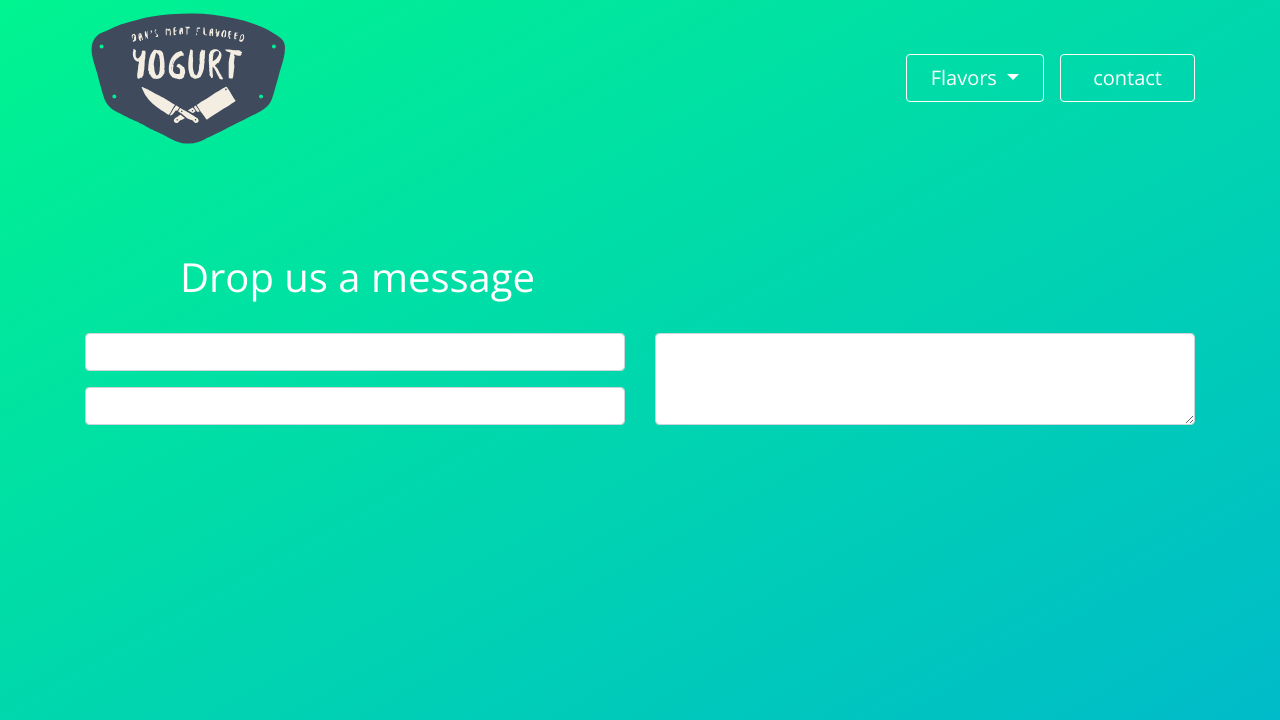
Repository: hoangnam180/Huyen
Page: Form.html
The author's editor kept a copy of each file at every save. The page is drawn from the files as they stood at one save, then again after the next save.
The browser window is 1280 px wide. The pictures show the whole page.

Above is the page before, as saved 2021-12-03 19:00:56.
Not found: space.scss

After the next save:
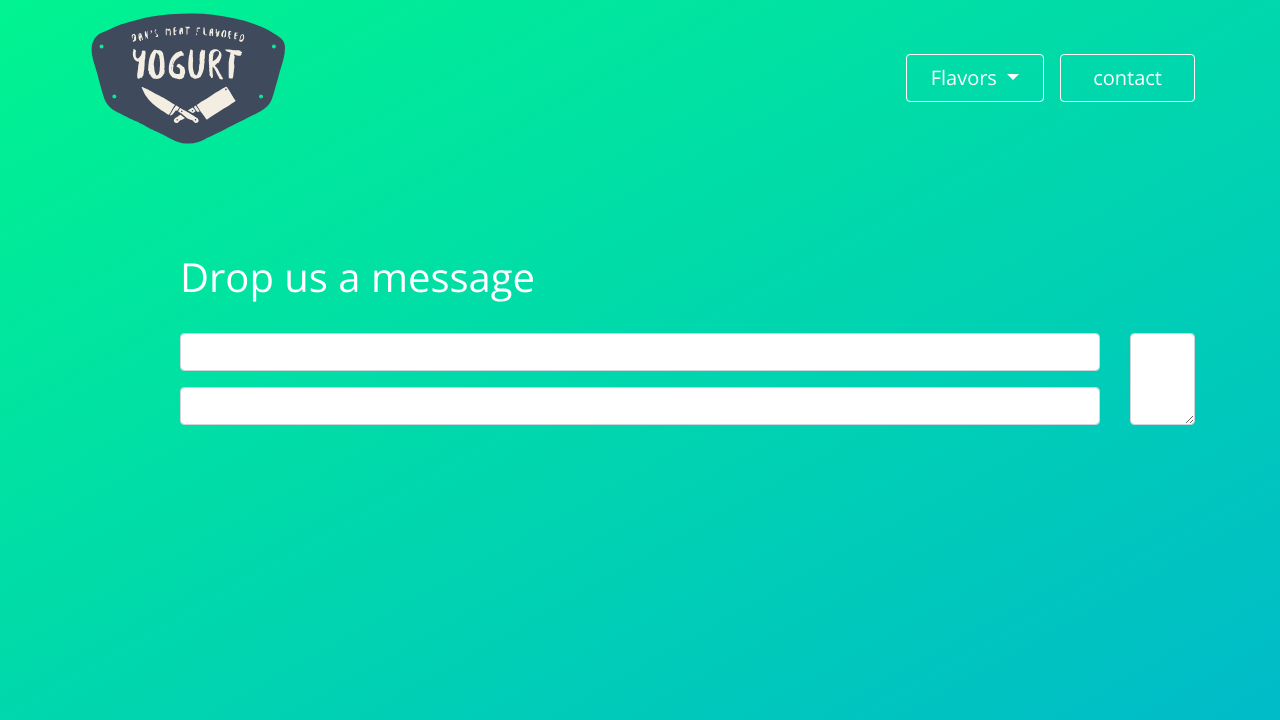
Saved 9 s later.
--- a/Form.html
+++ b/Form.html
@@ -57,7 +57,7 @@
             <div class="col-11 offset-1 mt-5"><h1 class="text-white mt-5">Drop us a message</h1></div>
         </div>
         <div class="row mt-4">
-            <div class="col">
+            <div class="col-10 offset-1">
                 <div class="row flex-column">
                     <div class="col">
                         <input type="email" class="form-control pt-4 bt-4">
